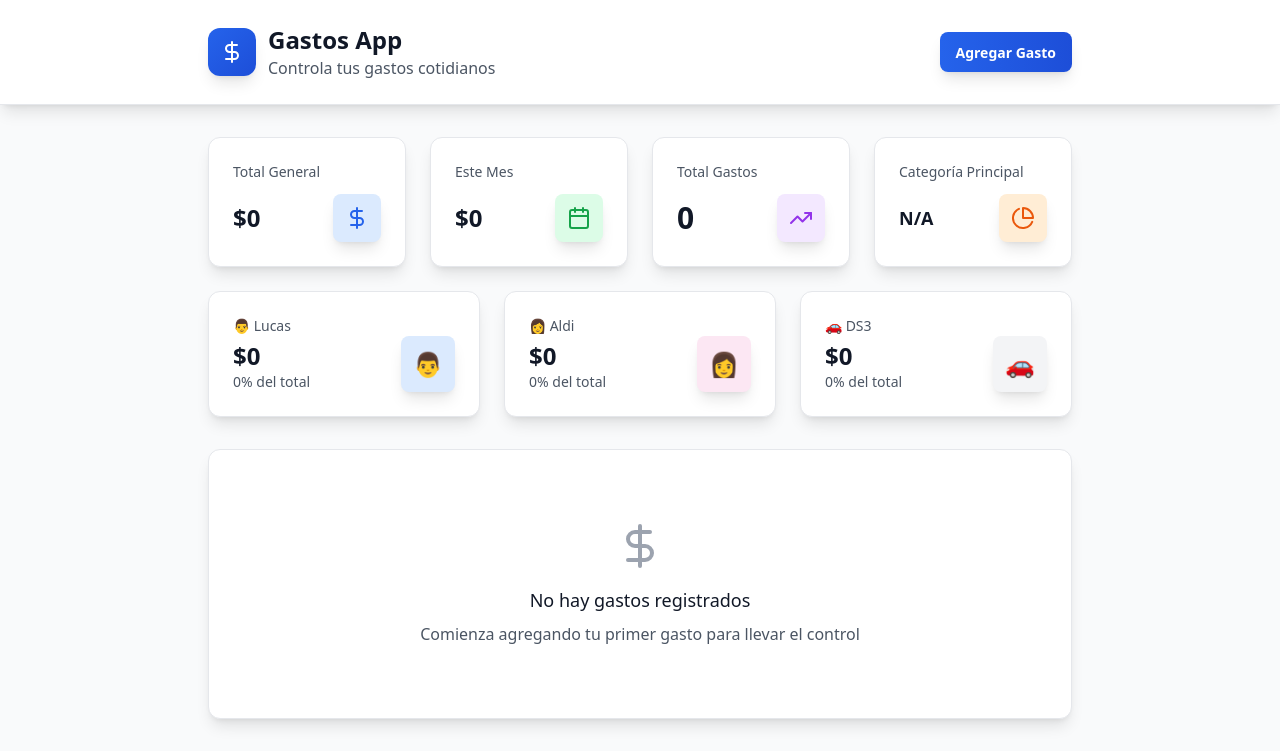
Repository: lucastenaglia/Gastosapp
Page: /
These files come from the project's save history. The page is drawn as it stood at one moment and after the next save; the edit follows.
The browser window is 1280 px wide. The pictures show the whole page.
The page's requests for data from a server got no answer. The project was rebuilt for these pictures with package versions that can differ from the ones it lists, and the page was loaded fresh each time. No one was signed in, and anything a server would have sent is missing. Also part of the build but not shown: vite.config.js, src/components/ExpenseForm.jsx.

Above is the page before, as saved 2025-08-05 20:24:39.

After the next save:
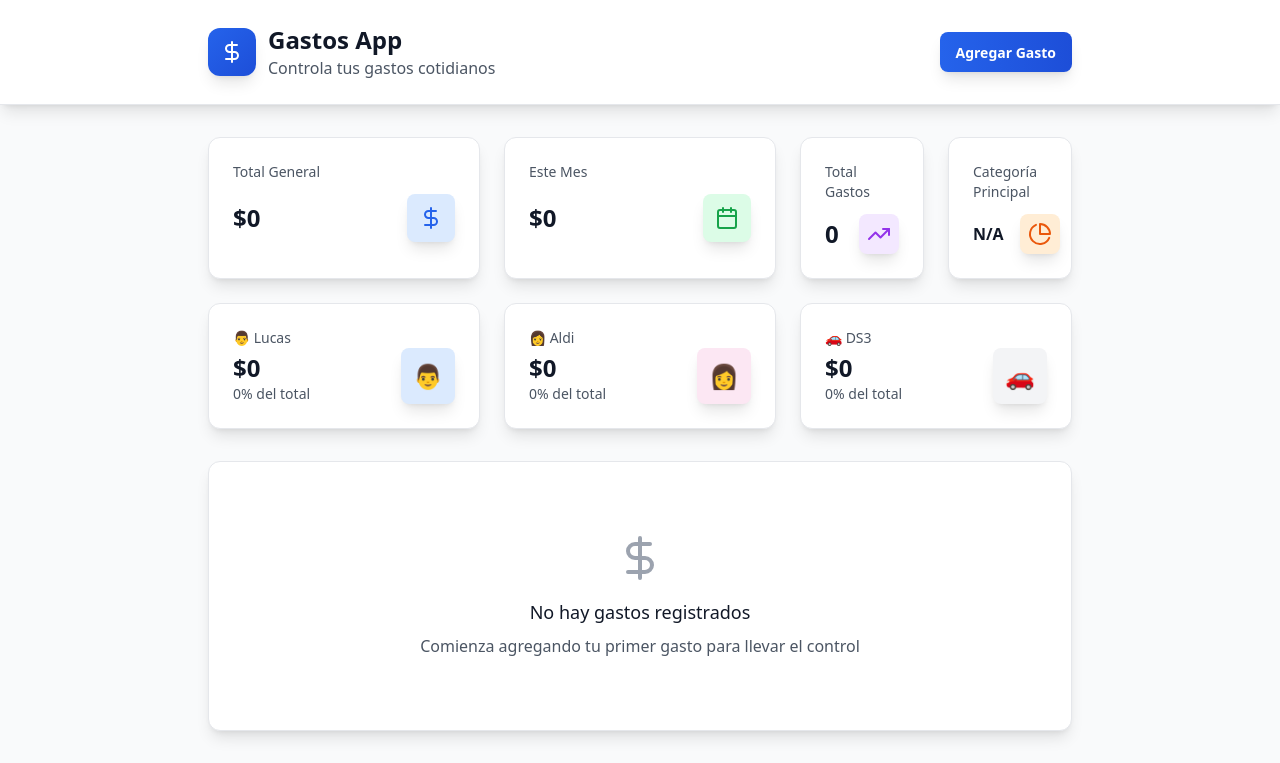
Saved 7 days later.
--- a/src/components/ExpenseSummary.jsx
+++ b/src/components/ExpenseSummary.jsx
@@ -40,9 +40,9 @@ const ExpenseSummary = ({ expenses }) => {
   return (
     <div className="space-y-4 sm:space-y-6">
       {/* Primera fila - Estadísticas generales */}
-      <div className="grid grid-cols-2 lg:grid-cols-4 gap-3 sm:gap-6">
+      <div className="grid grid-cols-2 lg:grid-cols-6 gap-3 sm:gap-6">
                  {/* Total General */}
-         <div className="card relative p-4 sm:p-6">
+         <div className="card relative p-4 sm:p-6 lg:col-span-2">
            <div className="space-y-3">
              <p className="text-xs sm:text-sm font-medium text-gray-600">Total General</p>
              <div className="flex items-center justify-between">
@@ -59,7 +59,7 @@ const ExpenseSummary = ({ expenses }) => {
          </div>
 
                  {/* Gastos del Mes */}
-         <div className="card relative p-4 sm:p-6">
+         <div className="card relative p-4 sm:p-6 lg:col-span-2">
            <div className="space-y-3">
              <p className="text-xs sm:text-sm font-medium text-gray-600">Este Mes</p>
              <div className="flex items-center justify-between">
@@ -76,16 +76,16 @@ const ExpenseSummary = ({ expenses }) => {
          </div>
 
                  {/* Total de Gastos */}
-         <div className="card relative p-4 sm:p-6">
+         <div className="card relative p-4 sm:p-6 lg:col-span-1">
            <div className="space-y-3">
              <p className="text-xs sm:text-sm font-medium text-gray-600">Total Gastos</p>
              <div className="flex items-center justify-between">
-               <div className="flex-1">
-                 <p className="text-2xl sm:text-3xl font-bold text-gray-900">
+                 <div className="flex-1">
+                  <p className="text-2xl sm:text-3xl lg:text-2xl font-bold text-gray-900">
                    {expenses.length}
                  </p>
                </div>
-               <div className="bg-purple-100 p-2 sm:p-2.5 lg:p-3 rounded-lg shadow-lg ml-4">
+                <div className="bg-purple-100 p-2 sm:p-2.5 lg:p-2 rounded-lg shadow-lg ml-4">
                  <TrendingUp className="h-4 w-4 sm:h-5 sm:w-5 lg:h-6 lg:w-6 text-purple-600" />
                </div>
              </div>
@@ -93,12 +93,12 @@ const ExpenseSummary = ({ expenses }) => {
          </div>
 
                  {/* Categoría Principal */}
-         <div className="card relative p-4 sm:p-6">
+         <div className="card relative p-4 sm:p-6 lg:col-span-1">
            <div className="space-y-3">
              <p className="text-xs sm:text-sm font-medium text-gray-600">Categoría Principal</p>
              <div className="flex items-center justify-between">
                <div className="flex-1">
-                 <p className="text-base sm:text-lg font-semibold text-gray-900 capitalize">
+                  <p className="text-base sm:text-lg lg:text-base font-semibold text-gray-900 capitalize">
                    {topCategory ? topCategory[0] : 'N/A'}
                  </p>
                  {topCategory && (
@@ -107,7 +107,7 @@ const ExpenseSummary = ({ expenses }) => {
                    </p>
                  )}
                </div>
-               <div className="bg-orange-100 p-2 sm:p-2.5 lg:p-3 rounded-lg shadow-lg ml-4">
+                <div className="bg-orange-100 p-2 sm:p-2.5 lg:p-2 rounded-lg shadow-lg ml-4">
                  <PieChart className="h-4 w-4 sm:h-5 sm:w-5 lg:h-6 lg:w-6 text-orange-600" />
                </div>
              </div>
